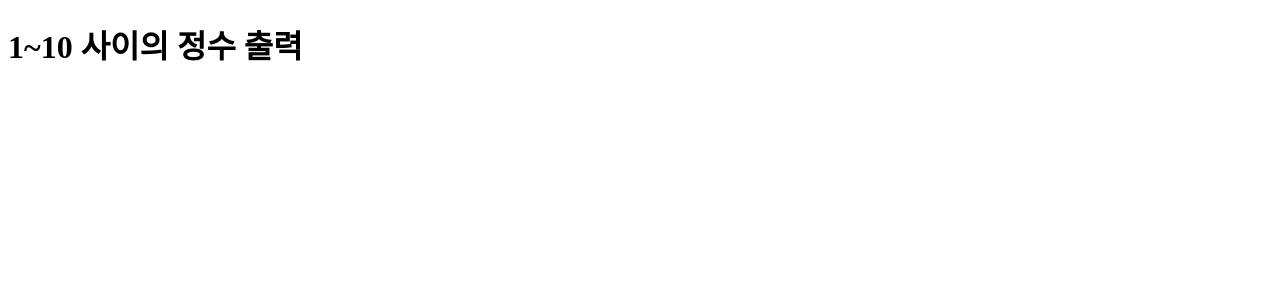
Repository: skim24245/web_workspace_src
Page: http://localhost/Lecture-Web/jsp/basic/exam01.jsp
An editor plug-in stored every save of this project. The page is shown before and after the next save, followed by the edit.
The browser window is 1280 px wide. The pictures show the whole page.
The page is served by Tomcat 9. Other server files are loaded and not shown.

Above is the page before, as saved 2022-06-02 05:26:20.

### Lecture-Web/src/main/webapp/jsp/basic/exam01.jsp
<%@ page language="java" contentType="text/html; charset=UTF-8"
    pageEncoding="UTF-8"%>
<!DOCTYPE html>
<html>
<head>
<meta charset="UTF-8">
<title>Insert title here</title>
</head>
<body>
<h1>1~10 사이의 정수 출력</h1>
</body>
</html>

After the next save:
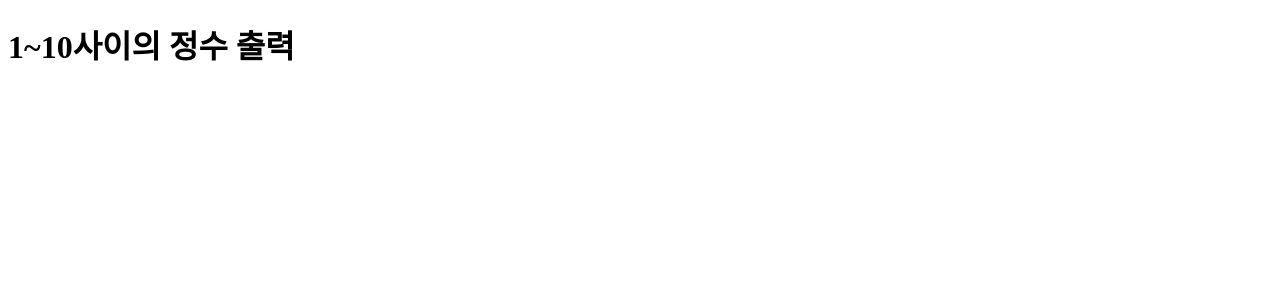
Saved 7 s later.
--- a/Lecture-Web/src/main/webapp/jsp/basic/exam01.jsp
+++ b/Lecture-Web/src/main/webapp/jsp/basic/exam01.jsp
@@ -7,6 +7,6 @@
 <title>Insert title here</title>
 </head>
 <body>
-<h1>1~10 사이의 정수 출력</h1>
+<h1>1~10사이의 정수 출력</h1>
 </body>
 </html>
